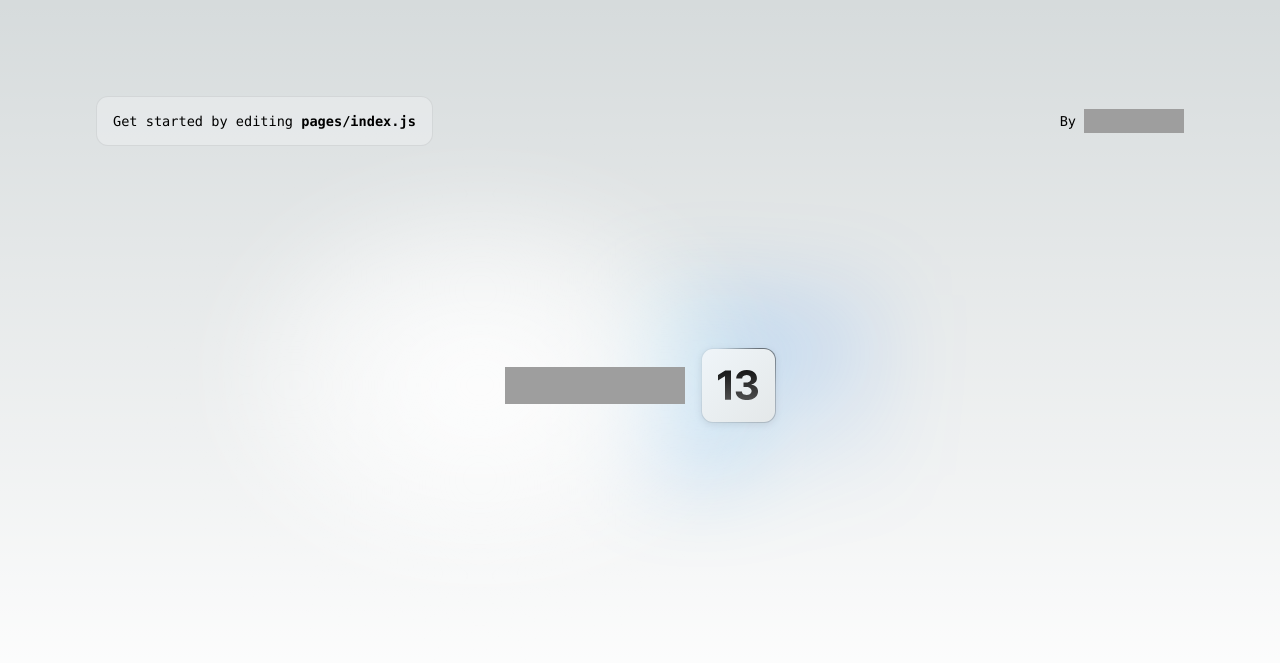
Repository: JacobSkilling-dot/week3-DynamicDesign
Page: / (app in Week-3-example/)
An editor plug-in stored every save of this project. The page is shown before and after the next save, followed by the edit.
The browser window is 1280 px wide. The pictures show the whole page.
Pictures or frames that could not be fetched are drawn as grey boxes. The project was rebuilt for these pictures with package versions that can differ from the ones it lists, and the page was loaded fresh each time. The framework's server and built-in components were replaced by stand-ins that run in the browser. Also part of the build but not shown: Week-3-example/next.config.js.

Above is the page before, as saved 2023-01-16 10:40:09.

After the next save:
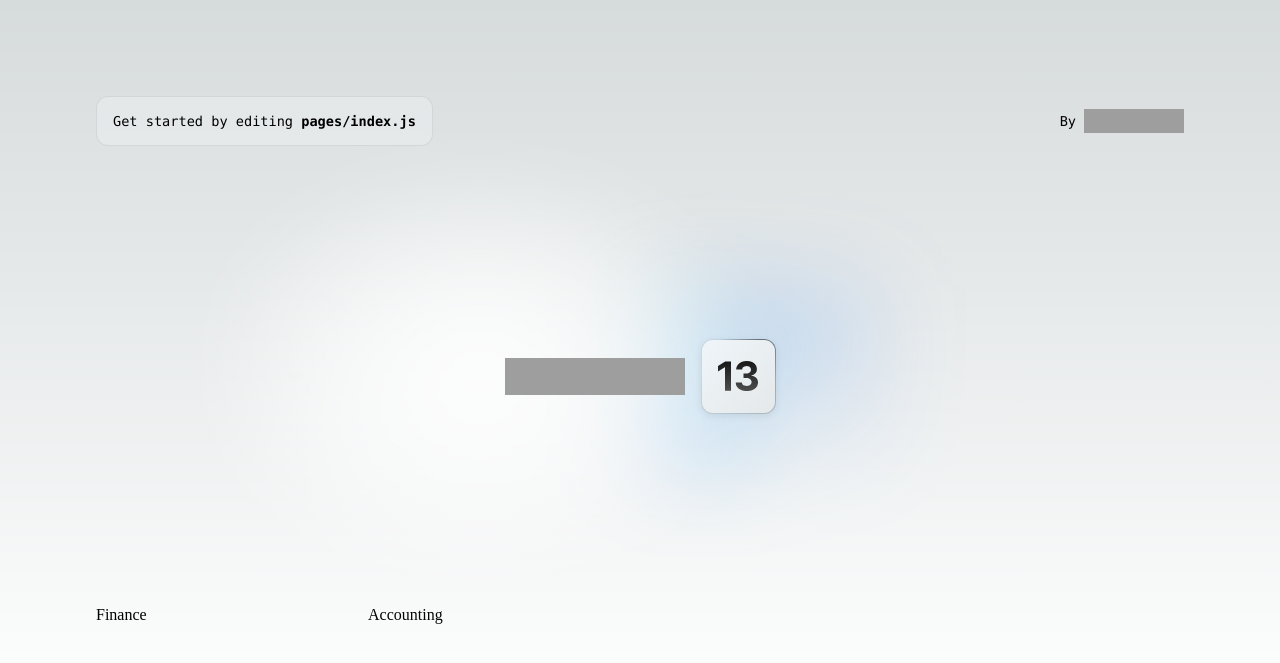
Saved 2 min 50 s later.
--- a/Week-3-example/pages/index.js
+++ b/Week-3-example/pages/index.js
@@ -67,7 +67,7 @@ export default function Home() {
 
         <div className={styles.grid}>
           {information && information.map((info, index) => {
-            if(info.department.toLowerCase() === "Business") {
+            if(info.department.toLowerCase() === "business") {
             return (
               <div key={index}>{info.degree}</div>
             )
